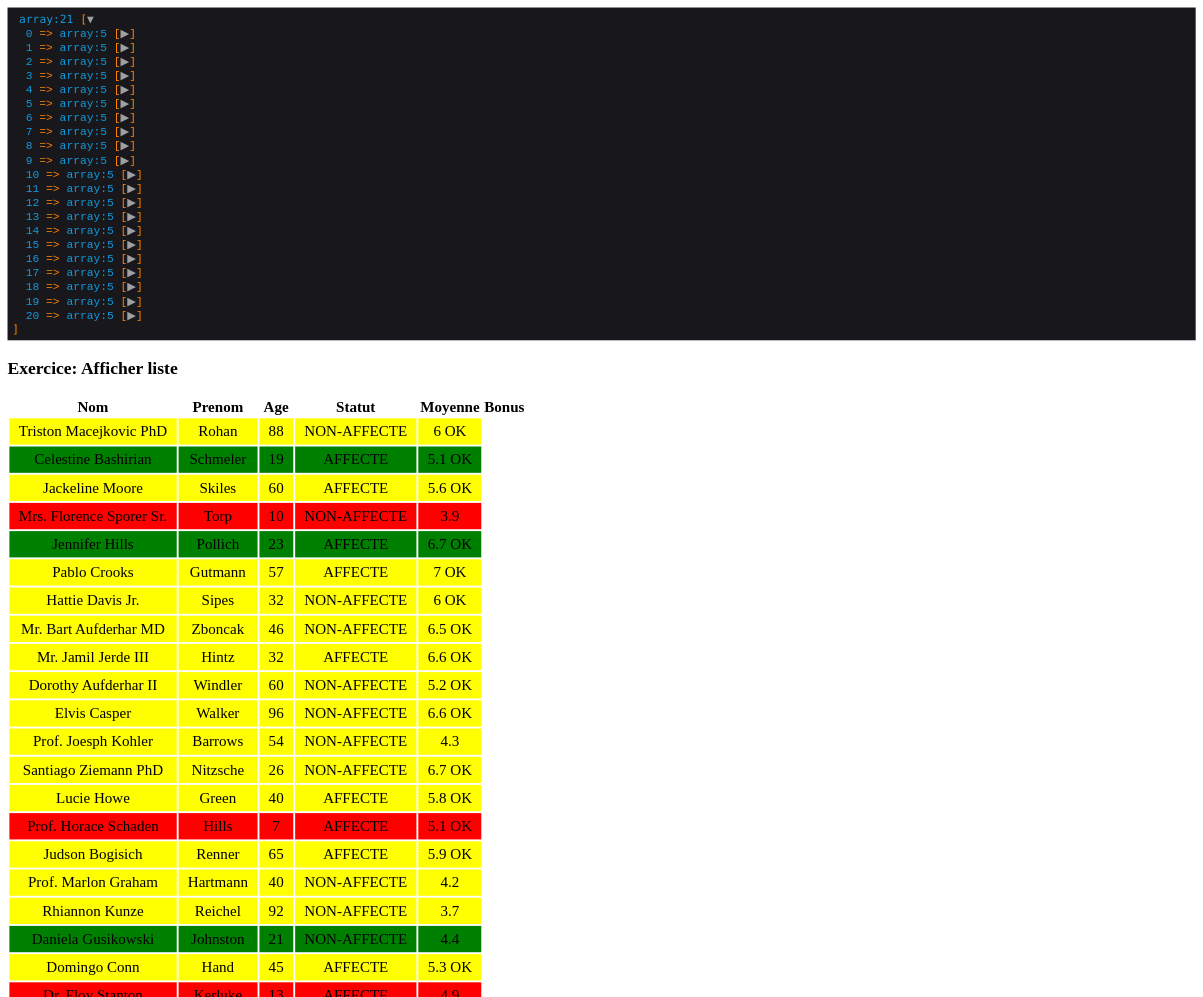
Repository: Bfabien99/PHPREPO
Page: http://localhost/
An editor plug-in stored every save of this project. The page is shown before and after a run of saves, followed by the edit.
The browser window is 1280 px wide. The pictures show the whole page, at 94% of full size.
The page is run by PHP 8.4 with error messages shown; the project is at /var/www/html/.

Above is the page before, as saved 2021-12-10 12:14:04.

### MakeFakeData/src/index.php
<?php
require_once '../vendor/autoload.php';


$faker = Faker\Factory::create();
$i = 0;
$list = [];

while($i <= 20) {

	$person = [];
	$person["nom"] = $faker->name;
	$person["prenom"] = $faker->lastName;
	$person["age"] = $faker->numberBetween($min=1,$max=99);

	$notes = [];
	$index = 0;
	$max = $faker->numberBetween($min=1,$max=10);
	while($index < $max) {
		$note = $faker->numberBetween($min=1,$max=10);
		$notes[] = $note;
		$index++;
	}

	$bonus =[];
	$ind = 0;
	$max = $faker->numberBetween($min=1,$max=10);
	while($index < $max) {
		$note = $faker->numberBetween($min=1,$max=10);
		$notes[] = $note;
		$index++;
	}

	$person["notes"] = $notes;
	$person["statut"] = $faker->randomElement(["AFFECTE","NON-AFFECTE"]);
	$list[] = $person;
	$i++;
}
dump($list);

function admis($moy){
	return $moy>=5 ? "oui" : "non";
}

?>
<!DOCTYPE html>
<html lang="en">
<head>
    <meta charset="UTF-8">
    <meta http-equiv="X-UA-Compatible" content="IE=edge">
    <meta name="viewport" content="width=device-width, initial-scale=1.0">
    <title>Document</title>
    <style>
        thead{
            font-weight:bold;
        }

        td{
            padding:5px 10px;
            text-align:center;
        }

        tr.red{
            background-color:red;
        }
        tr.green{
            background-color: green;
        }
        tr.yellow{
            background-color:yellow;
        }
		.oui{
			display:inline;
		}
		.non{
			display:none;
		}
    </style>
</head>
<body>

<h3>Exercice: Afficher liste</h3>
<table>
	<thead>
		<tr>
			<th>Nom</th>
			<th>Prenom</th>
			<th>Age</th>
			<th>Statut</th>
			<th>Moyenne</th>
			<th>Bonus</th>
		</tr>
	</thead>
	<tbody>
		<?php
		foreach ($list as $value) {
				$nbnote = count($value["notes"]);
				$totalnote = array_sum($value["notes"]);
				$moy = $totalnote / $nbnote;
				$moyG = $nbnote/2 ;
				$age = $value["age"];
				switch ($age) {
					case $age > 0 && $age < 18 :
			?>
			<tr class="red">
				<td><?= $value["nom"] ?></td>
                <td><?=$value["prenom"]?></td>
                <td><?= $value["age"] ?></td>
                <td><?= $value["statut"] ?></td>
				<td><?= $moy ?> <span class="<?= admis($moy) ?>" > OK </span> </td>
            </tr>
			<?php break;
				case ($age > 18 && $age < 25):
			?>
			<tr class="green">
				<td><?= $value["nom"] ?></td>
                <td><?=$value["prenom"]?></td>
                <td><?= $value["age"] ?></td>
                <td><?= $value["statut"] ?></td>
				<td><?= $moy ?> <span class="<?= admis($moy) ?>" > OK </span> </td>
            </tr>
			<?php break;
				case ($age > 25):
			?>
			<tr class="yellow">
				<td><?= $value["nom"] ?></td>
                <td><?=$value["prenom"]?></td>
                <td><?= $value["age"] ?></td>
                <td><?= $value["statut"] ?></td>
				<td><?= $moy ?> <span class="<?= admis($moy) ?>" > OK </span> </td>
            </tr>
			<?php
			break;}
			?>
		<?php } ?>
	</tbody>


    <?php
        //
    ?>
</table>
</body>
</html>

After the next 3 saves:
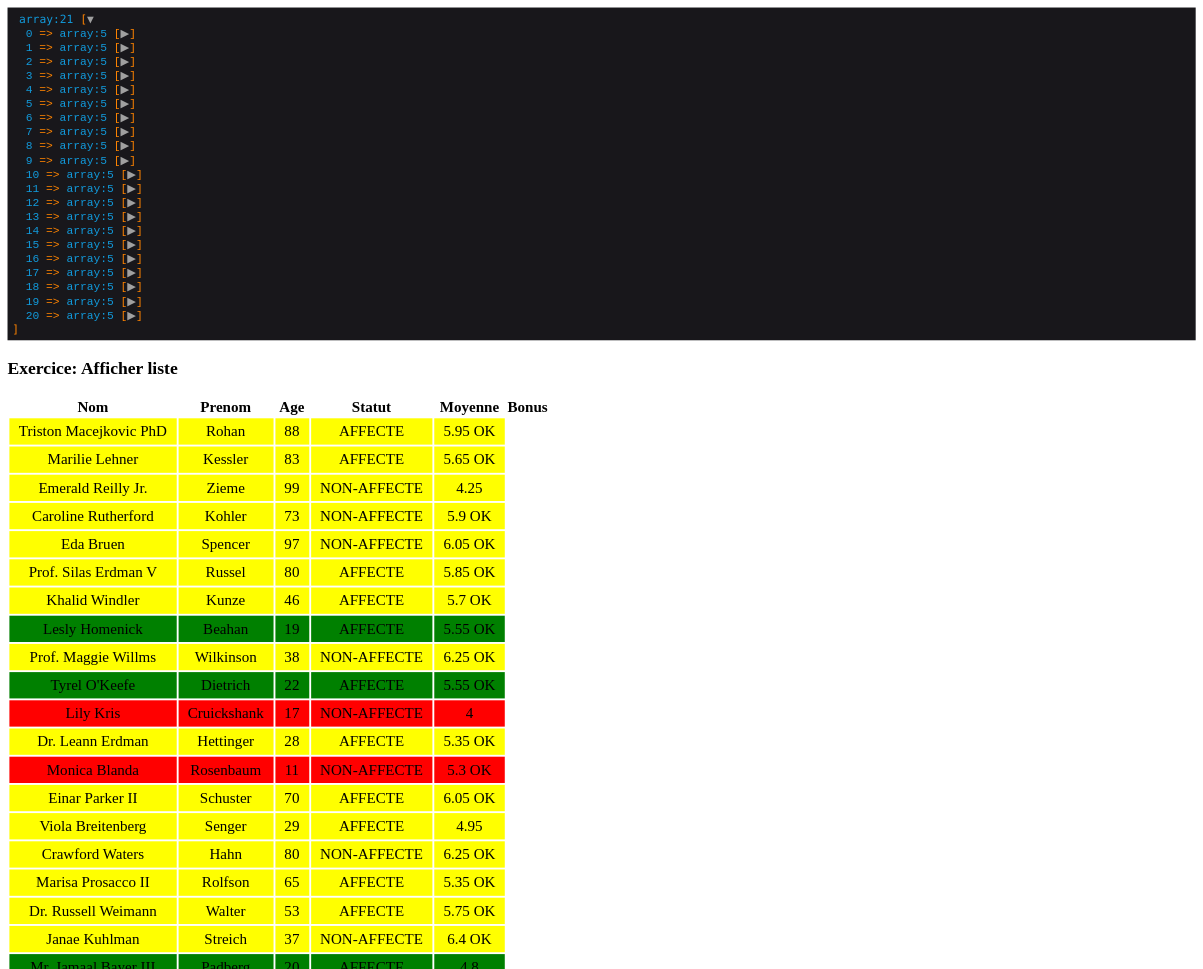
The 3 saves are shown as one change because they came seconds apart.
The last was saved 9 s later.
--- a/MakeFakeData/src/index.php
+++ b/MakeFakeData/src/index.php
@@ -24,11 +24,11 @@ while($i <= 20) {
 
 	$bonus =[];
 	$ind = 0;
-	$max = $faker->numberBetween($min=1,$max=10);
-	while($index < $max) {
+	$maxi = $faker->numberBetween($min=1,$max=10);
+	while($ind < $max) {
 		$note = $faker->numberBetween($min=1,$max=10);
 		$notes[] = $note;
-		$index++;
+		$ind++;
 	}
 
 	$person["notes"] = $notes;
